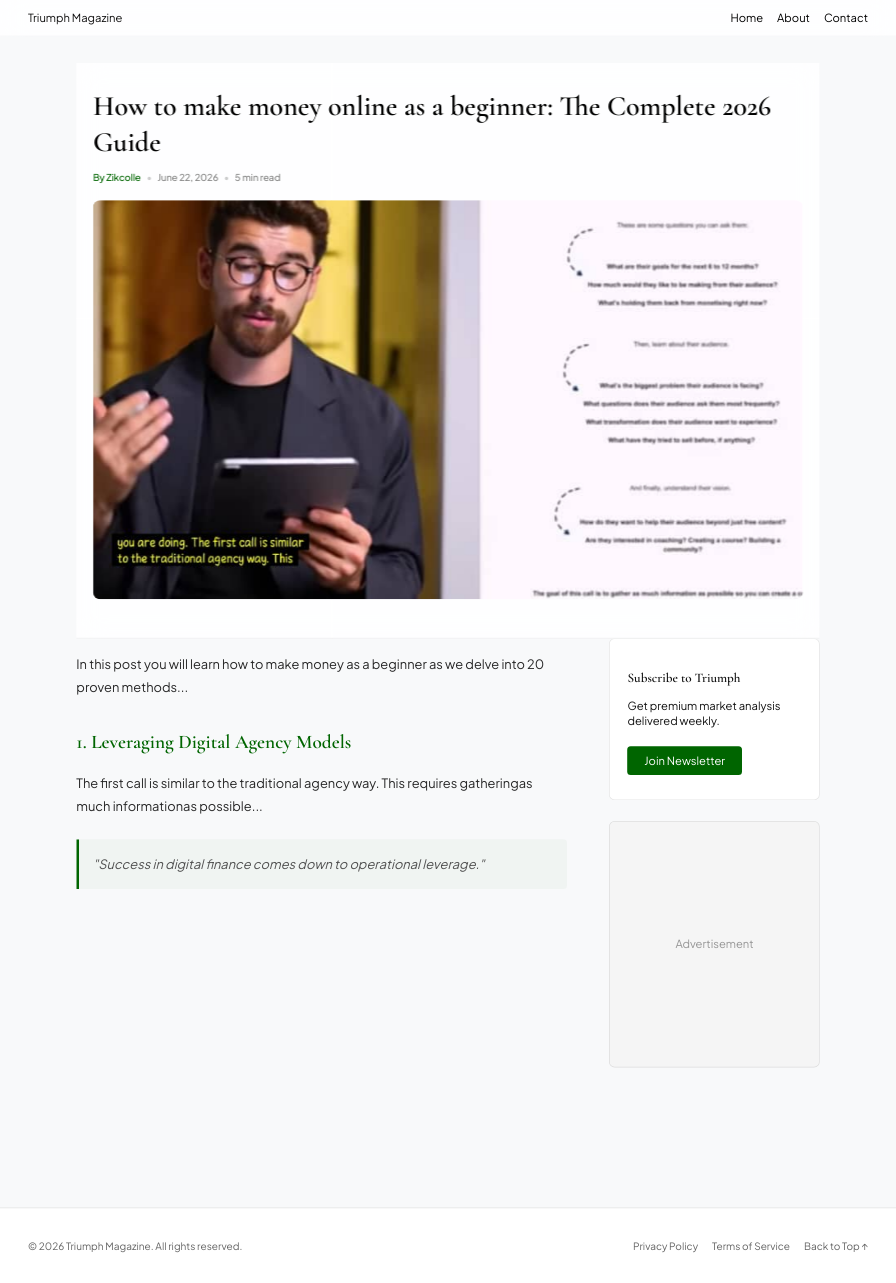
Repository: zikcolle/Triumph-Blog
Page: post.html
The author's editor kept a copy of each file at every save. The page is drawn from the files as they stood at one save, then again after a run of saves.
The browser window is 1280 px wide. The pictures show the whole page, at 70% of full size.

Above is the page before, as saved 2026-06-23 12:22:02.

After the next 2 saves:
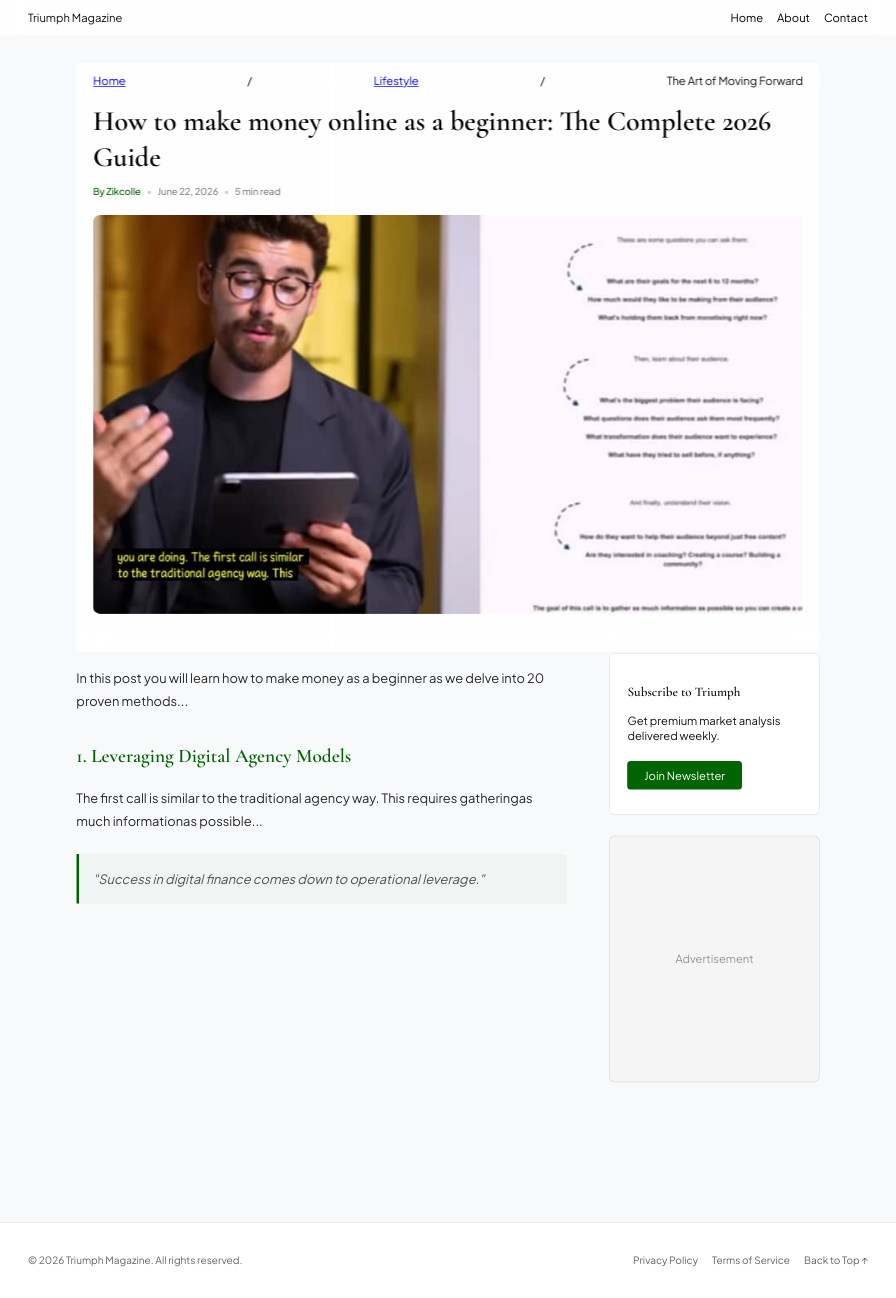
The 2 saves are shown as one change because they came seconds apart.
The last was saved 3 min 26 s later.
--- a/post.html
+++ b/post.html
@@ -34,6 +34,11 @@
         <article class="post-container">
 
             <header class="post-header">
+                <nav class="breadcrumbs" aria-label="Breadcrumb">
+        <a href="index.html" class="breadcrumb-link">Home</a>
+        <span class="breadcrumb-separator">/</span>
+        <a href="#" class="breadcrumb-link">Lifestyle</a> <span class="breadcrumb-separator">/</span>
+        <span class="breadcrumb-current">The Art of Moving Forward</span> </nav>
                 <h1>How to make money online as a beginner: The Complete 2026 Guide</h1>
 
                 <div class="post-meta">
